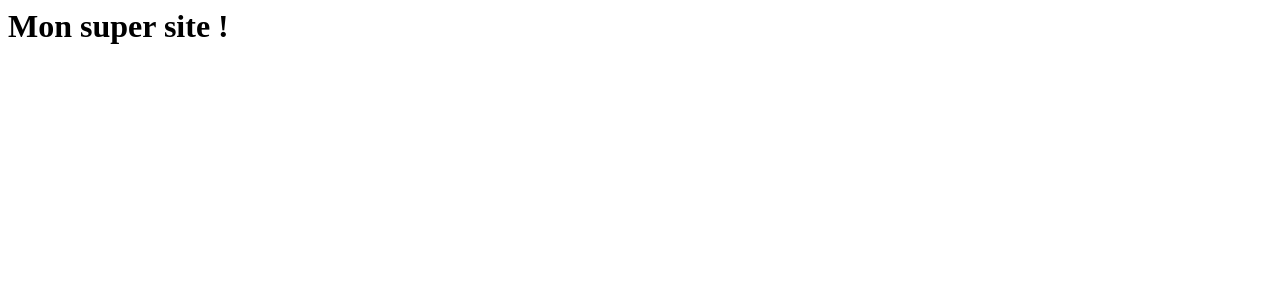
Repository: fbansept/ran4_24
Page: index.html
The author's editor kept a copy of each file at every save. The page is drawn from the files as they stood at one save, then again after a run of saves.
The browser window is 1280 px wide. The pictures show the whole page.

Above is the page before, as saved 2024-10-22 10:54:18.

### index.html
<h1>Mon super site !</h1>


<script>



</script>

After the next 2 saves:
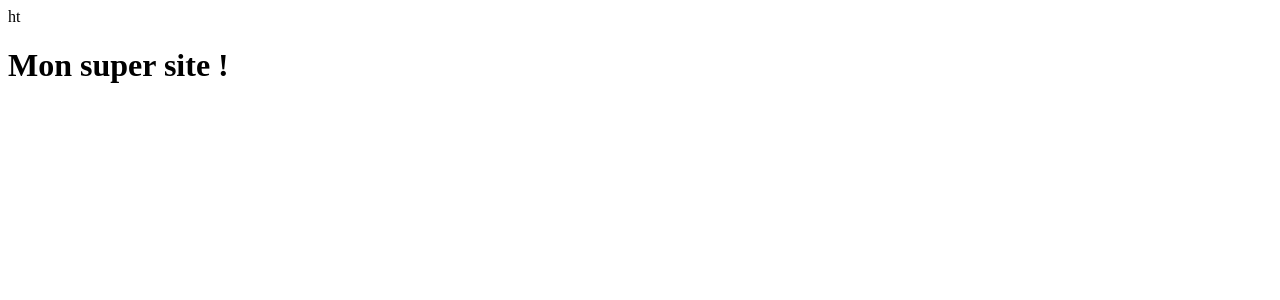
The 2 saves are shown as one change because they came seconds apart.
The last was saved 18 s later.
--- a/index.html
+++ b/index.html
@@ -1,3 +1,7 @@
+ht
+
+
+
 <h1>Mon super site !</h1>
 
 
